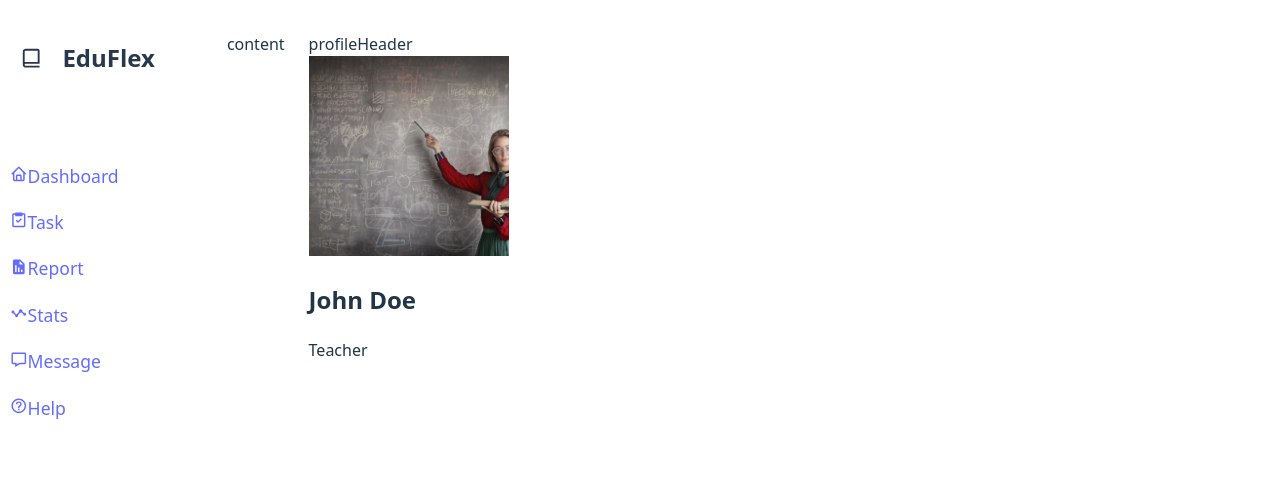
Repository: gogg23/react-dash
Page: /
An editor plug-in stored every save of this project. The page is shown before and after the next save, followed by the edit.
The browser window is 1280 px wide. The pictures show the whole page.
The project was rebuilt for these pictures with package versions that can differ from the ones it lists, and the page was loaded fresh each time. Also part of the build but not shown: vite.config.js.

Above is the page before, as saved 2025-04-05 16:06:11.

### index.html
<!DOCTYPE html>
<html lang="en">
  <head>
    <meta charset="UTF-8" />
    <link rel="icon" type="image/svg+xml" href="/vite.svg" />
    <meta name="viewport" content="width=device-width, initial-scale=1.0" />
    <title>React Dashboard</title>
  </head>
  <body>
    <div id="root"></div>
    <script type="module" src="/src/main.jsx"></script>
  </body>
</html>

### src/App.jsx
import React from 'react';
import Sidebar from './components/Sidebar';
import Content from './components/Content';
import Profile from './components/Profile';
import './App.css';

const App = () => {
  return (
    <div className='dashboard'>
      <Sidebar />
      <div className='dashboard--content'>
        <>
          <Content />
          <Profile />
        </>
      </div>
    </div>
  );
};

export default App;

### src/components/Sidebar.jsx
import React from 'react';
import {
  BiHome,
  BiBookAlt,
  BiTask,
  BiMessage,
  BiSolidReport,
  BiStats,
  BiHelpCircle,
  BiTaskX,
} from 'react-icons/bi';
import '../styles/Sidebar.css';
const Sidebar = () => {
  return (
    <div className='menu'>
      <div className='logo'>
        <BiBookAlt className='logo-icon' />
        <h2>EduFlex</h2>
      </div>

      <div className='menu--list'>
        <a href='' className='item'>
          <BiHome />
          Dashboard
        </a>
        <a href='' className='item'>
          <BiTask />
          Task
        </a>
        <a href='' className='item'>
          <BiSolidReport />
          Report
        </a>
        <a href='' className='item'>
          <BiStats />
          Stats
        </a>
        <a href='' className='item'>
          <BiMessage />
          Message
        </a>
        <a href='' className='item'>
          <BiHelpCircle />
          Help
        </a>
      </div>
    </div>
  );
};

export default Sidebar;

### src/components/Content.jsx
import React from 'react';

function content() {
  return <div>content</div>;
}

export default content;

### src/components/Profile.jsx
import React from 'react';
import { BiEdit } from 'react-icons/bi';
import ProfileHeader from './ProfileHeader';
import '../styles/profileHeader.css';
import Image1 from '../assets/images/Image1.jpg';

const Profile = () => {
  return (
    <div className='profile'>
      <ProfileHeader />
      <div className='user--detail'>
        <img
          src={Image1}
          alt='Profile'
          style={{
            width: '200px',
            height: '200px',

            objectFit: 'cover',
          }}
        />

        <h2 className='user--name'>John Doe</h2>
        <span className='profession'>Teacher</span>
      </div>
      <div className='user-courses'></div>
    </div>
  );
};

export default Profile;

### src/App.css
.dashboard {
  display: flex;
  gap: 20px;
}

.dashboard--content {
  background: #fff;
  flex: 1;
  border-radius: 20px;
  padding: 2rem;
  display: flex;
  gap: 1.5rem;
  justify-content: space-between;
}

### src/styles/sidebar.css
.sidebar {
  background-color: #dde6ed; /* Adjust to match your desired grey */
  width: 250px; /* Ensure proper width */
  height: 100vh; /* Full height */
  padding: 20px;
}

/* Menu container */
.menu {
  display: flex;
  flex-direction: column;
  gap: 2.3rem;
  height: 94vh;
}

/* Logo styles */
.logo {
  text-align: center;
  padding: 20px;
  color: #27374d;
  align-items: center;
  display: flex;
  gap: 20px;
}

.logo-icon {
  font-size: 1.4rem;
}

/* Menu items */
.menu--list {
  display: flex;
  flex-direction: column;
  gap: 20px;
  font-size: 1.1rem;
  text-decoration: none;
  font-weight: 600;
  padding: 10px;
  border-radius: 10px;
  transition: 0.3s ease-in-out;
  color: #27374d;
}

/* Menu item hover effect */
.menu--list .item:hover,
.active {
  background-color: #27374d;
  color: #dde6ed !important;
}

### src/components/ProfileHeader.jsx
import React from 'react';

const profileHeader = () => {
  return <div>profileHeader</div>;
};

export default profileHeader;

Loaded but not shown: src/main.jsx (common file); src/index.css (common file); src/styles/profileHeader.css (no stored copy; drawn as an empty file)

After the next save:
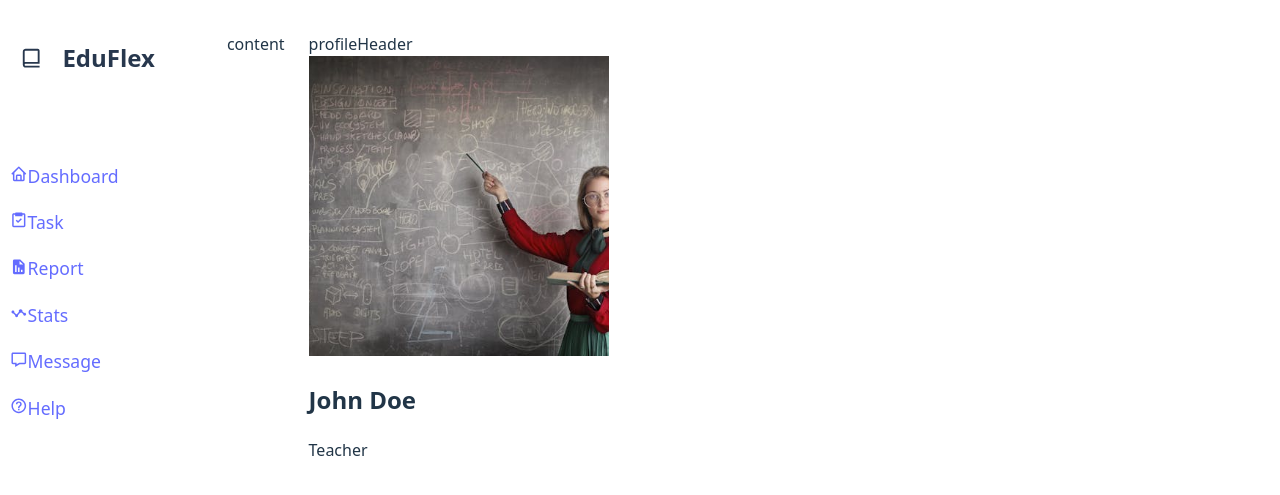
Saved 14 s later.
--- a/src/components/Profile.jsx
+++ b/src/components/Profile.jsx
@@ -13,8 +13,8 @@ const Profile = () => {
           src={Image1}
           alt='Profile'
           style={{
-            width: '200px',
-            height: '200px',
+            width: '300px',
+            height: '300px',
 
             objectFit: 'cover',
           }}
